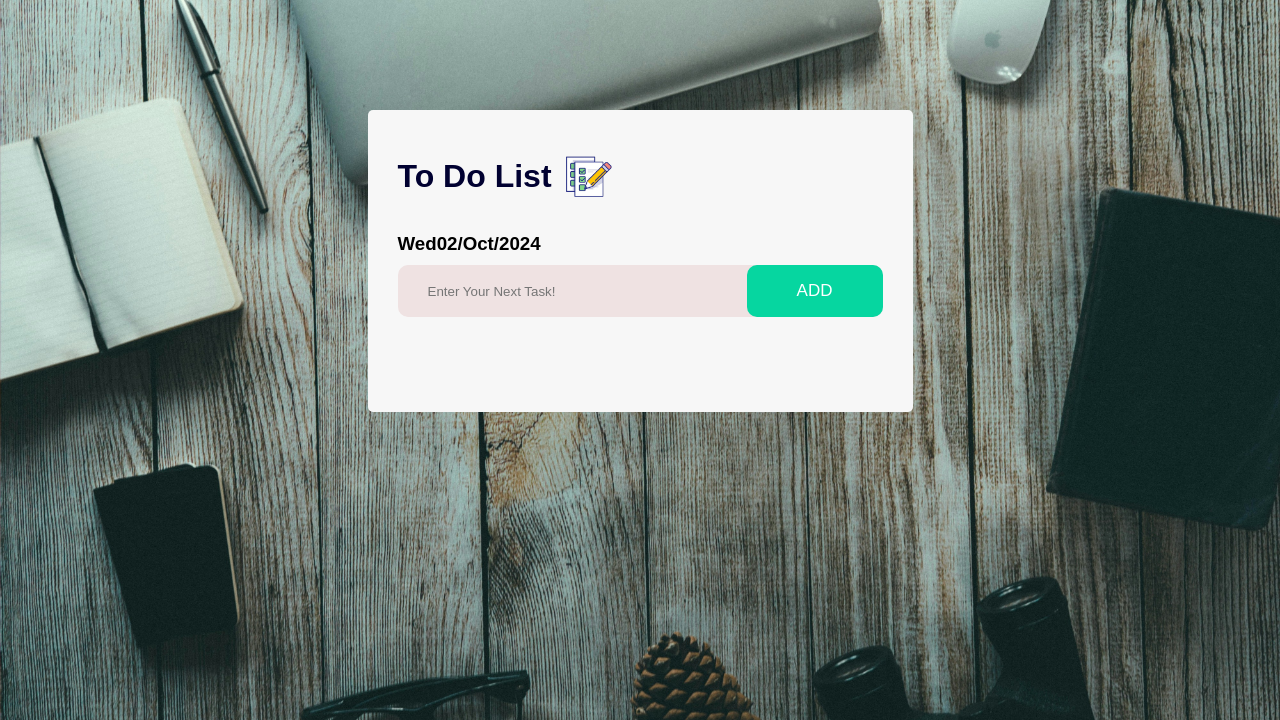
Repository: zeinawady/To_Do_List
Page: index.html
The author's editor kept a copy of each file at every save. The page is drawn from the files as they stood at one save, then again after the next save.
The browser window is 1280 px wide. The pictures show the whole page.

Above is the page before, as saved 2024-10-02 01:41:40.

### index.html
<!DOCTYPE html>
<html lang="en">

<head>
    <meta charset="UTF-8">
    <meta name="viewport" content="width=device-width, initial-scale=1.0">
    <title>To Do list</title>
    <link rel="stylesheet" href="css/style.css">
</head>

<body>
    <div class="container">
        <div class="todo-app">
            <h1>To Do List <img src="images/todolistpng.png" alt="to-do-list" class="logo"></h1>
           <h3 id="date"></h3>
            <div class="row">
                <input class="input-Text" type="text" id="input-box" placeholder="Enter Your Next Task!">
                <button class="input-btn" onclick="addTask()">ADD</button>
            </div>
            <ul id="list-container">
                <!-- <li class="checked">Task 0</li>
                <li>Task 1</li> -->
            </ul>
        </div>


    </div>
    <script src="script.js"></script>
</body>

</html>

### css/style.css
* {
    margin: 0;
    padding: 0;
    box-sizing: border-box;
    font-family: Arial, Helvetica, sans-serif;
}

:root {
    --font-color: rgb(1, 1, 49);
}

li {
    list-style: none;
}

.container {
    width: 100%;
    min-height: 100vh;
    background-image: url(../images/background3.jpg);
    background-position: center;
    background-size: cover;
    padding: 10px;
}
#date{
    margin: 10px 0;
}
.todo-app {

    max-width: 545px;
    background-color: rgb(247, 247, 247);
    margin: 100px auto;
    padding: 40px 30px 70px;
    border-radius: 5px;
    transition: 0.5s;
}

.todo-app:hover {
    box-shadow: 4px 5px rgb(114, 114, 114);

}

.todo-app h1 {
    color: var(--font-color);
    display: flex;
    align-items: center;
    margin-bottom: 30px;

}

.logo {
    width: 53px;
    margin-left: 10px;
}

.row {
    display: flex;
    align-items: center;
    justify-content: space-between;
    background-color: #efe2e2;
    border-radius: 10px;
    padding-left: 20px;
    margin-bottom: 25px;
}

.input-Text {
    flex: 1;
    border: none;
    outline: none;
    background-color: transparent;
    padding: 10px;
    font-weight: 14px;
}

.input-btn {
    border: none;
    outline: none;
    padding: 16px 50px;
    background-color: #06d6a0;
    border-radius: 10px;
    color: rgb(255, 255, 255);
    font-size: 17px;
    transition: 0.3s;
}

.input-btn:hover {
    background-color: #05b183;
    cursor: pointer;
}

ul li {
    position: relative;
    font-size: 17px;
    padding: 12px 2px 12px 40px;
    user-select: none;
    cursor: pointer;
}

ul li::before {
    content: '';
    position: absolute;
    height: 28px;
    width: 28px;
    border-radius: 50%;
    background-image: url(../images/unchecked.png);
    background-size: cover;
    background-position: center;
    left: 1px;
    top: 8px;
}

ul li.checked {
    color: #555;
    text-decoration: line-through;

}

ul li.checked::before {
    color: #666;
    background-image: url(../images/checked.png);
}

ul li span {
    position: absolute;
    right: 0;
    top: 5px;
    width: 30px;
    height: 30px;
    font-size: 22px;
    color: #555;
    line-height: 30px;
    text-align: center;
    border-radius: 50%;
    /* border: solid; */
    transition: 0.2s;
}

ul li span:hover {
    background-color: #e8e6e6;
}

### script.js
let listContainer = document.getElementById("list-container");
let inputBox = document.getElementById("input-box");
let currentDate= document.getElementById("date");
function addTask() {
    if (inputBox.value === '') {
        alert("No Task Added!");
    }
    else {
        let li = document.createElement("li");
        li.innerHTML = inputBox.value;
        listContainer.appendChild(li);
        let xSign = document.createElement("span");
        xSign.innerHTML = '\u00d7';  // x sign code
        li.appendChild(xSign);
    }
    inputBox.value = "";  //so that input text become empty again
    saveTask();

}

inputBox.addEventListener("keydown", function (e) {
    if (e.key === "Enter") {
        e.preventDefault();
        addTask();
    }
});

listContainer.addEventListener("click", function (e) {
    //e is the event object contains info about event & target element that was clicked.
    if (e.target.tagName === "LI") {
        e.target.classList.toggle("checked");
        saveTask();
    }
    else if (e.target.tagName === "SPAN") {
        e.target.parentElement.remove();
        saveTask();

    }
})

function saveTask() {
    localStorage.setItem("Task", listContainer.innerHTML);
}
function showTask() {
    listContainer.innerHTML = localStorage.getItem("Task");
}
showTask();

function displayDate(){
    let date=new Date();
    date=date.toString().split(" ");
    currentDate.innerHTML=date[0]+ date[2]+'/'+ date[1] +'/'+ date[3];
    console.log();
}
window.onload=displayDate();

After the next save:
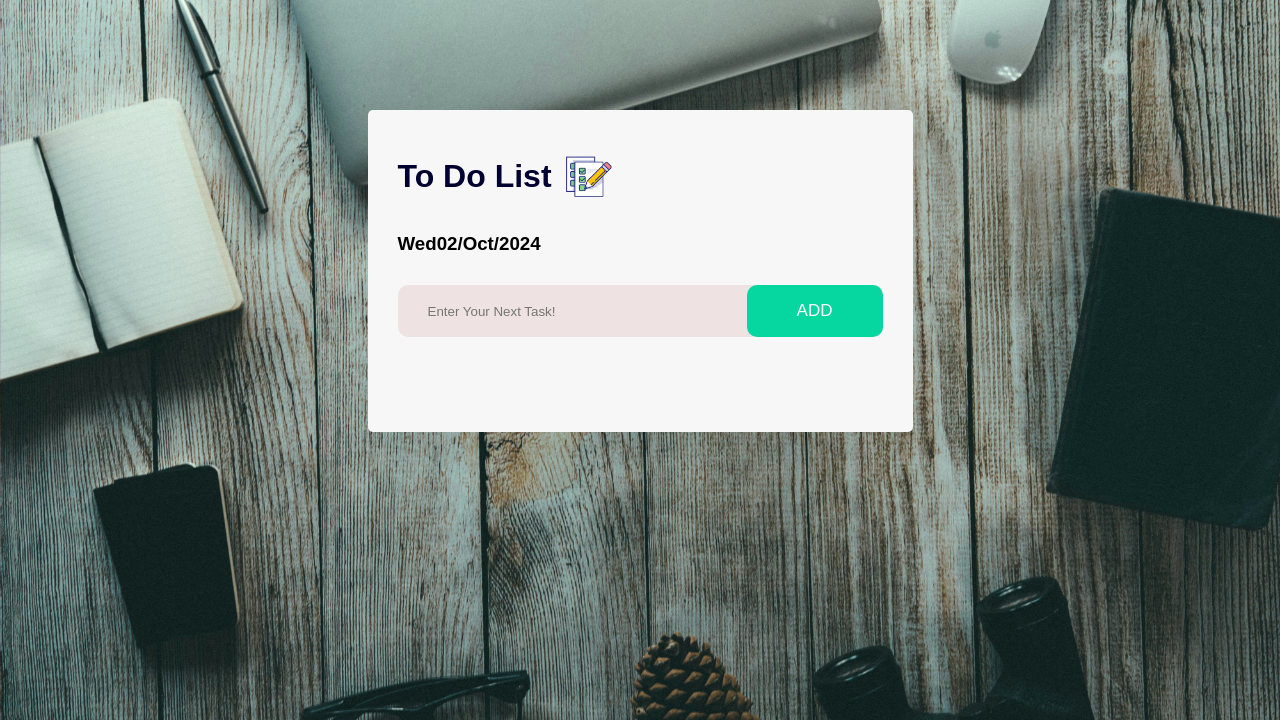
Saved 2 min 10 s later.
--- a/css/style.css
+++ b/css/style.css
@@ -22,7 +22,7 @@
     padding: 10px;
 }
 #date{
-    margin: 10px 0;
+    margin: 30px 0;
 }
 .todo-app {
 

After the 4 saves that followed:
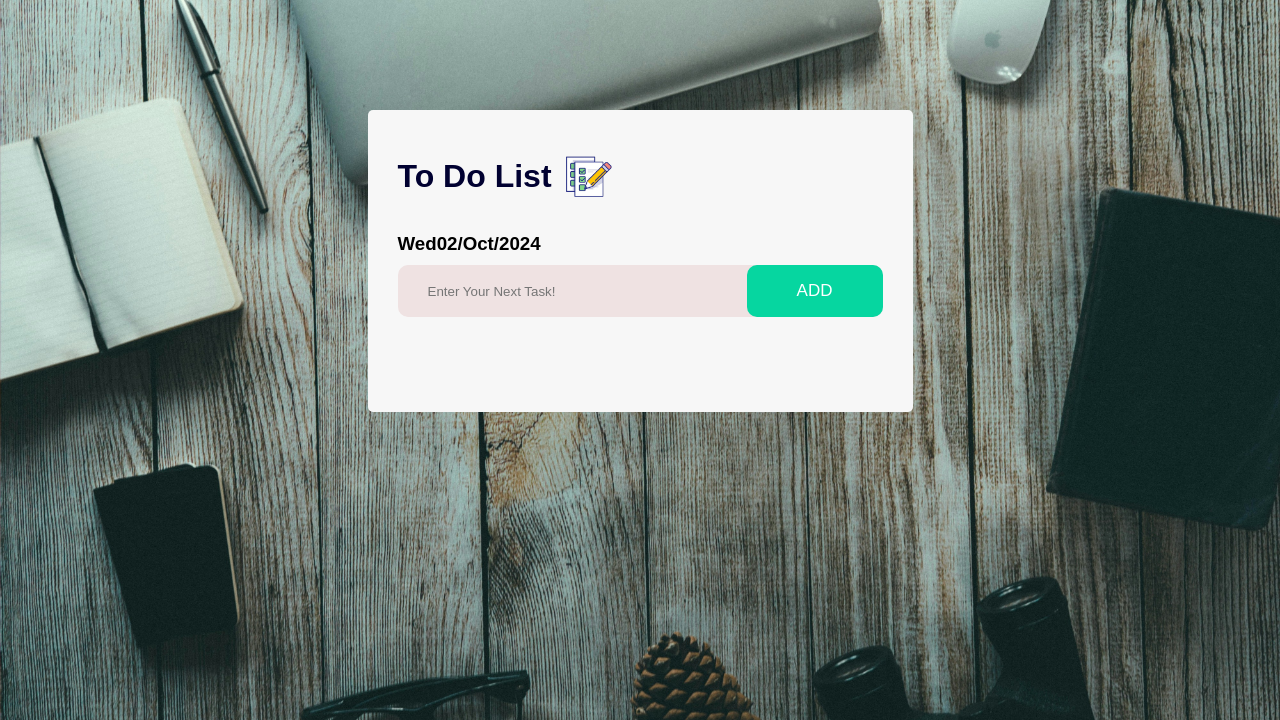
The 4 saves are shown as one change because they came seconds apart.
The last was saved 13 s later.
--- a/css/style.css
+++ b/css/style.css
@@ -22,7 +22,7 @@
     padding: 10px;
 }
 #date{
-    margin: 30px 0;
+    margin-bottom: 10px;
 }
 .todo-app {
 
